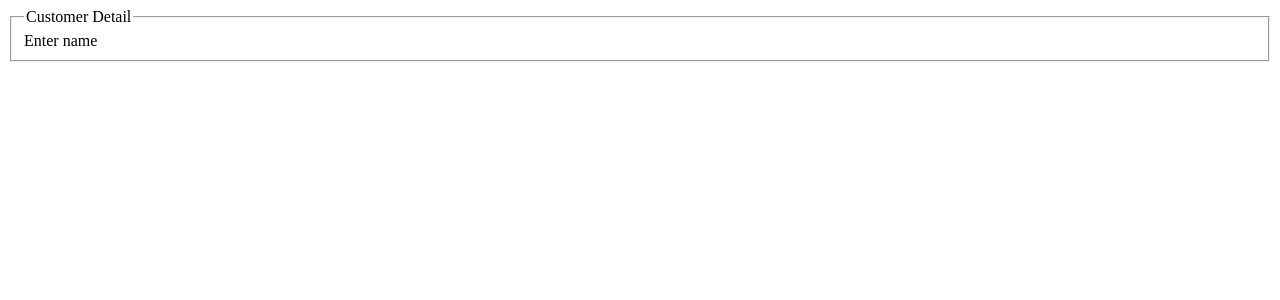
Repository: viram703/SpringBoot
Page: http://localhost/BootJpa/home.jsp
An editor plug-in stored every save of this project. The page is shown before and after the next save, followed by the edit.
The browser window is 1280 px wide. The pictures show the whole page.
The page is served by Tomcat 9.

Above is the page before, as saved 2020-02-21 09:08:55.

After the next save:
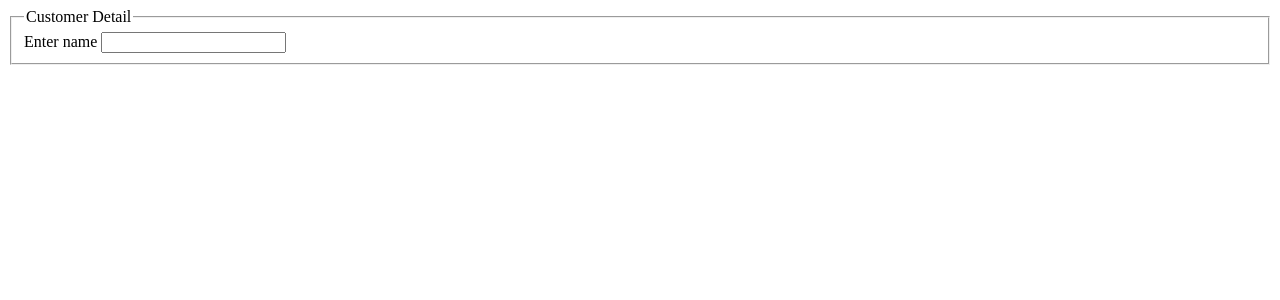
Saved 8 min 27 s later.
--- a/Boot/BootJpa/src/main/webapp/home.jsp
+++ b/Boot/BootJpa/src/main/webapp/home.jsp
@@ -12,8 +12,7 @@
 		<fieldset>
 			<legend>Customer Detail</legend>
 					<label>Enter name</label>
-
-
+					<input type="text" name="id">
 		</fieldset>
 	</form>
 
